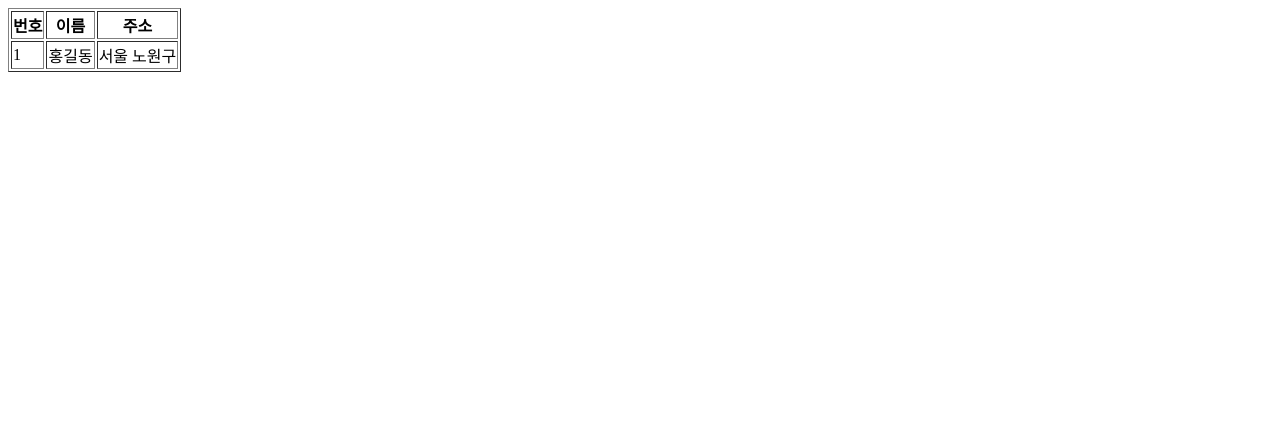
Repository: sungeunbyeol/Nowon-ezen-jsp
Page: test/WebContent/test08.html
The author's editor kept a copy of each file at every save. The page is drawn from the files as they stood at one save, then again after the next save.
The browser window is 1280 px wide. The pictures show the whole page.

Above is the page before, as saved 2021-11-02 03:03:02.

After the next save:
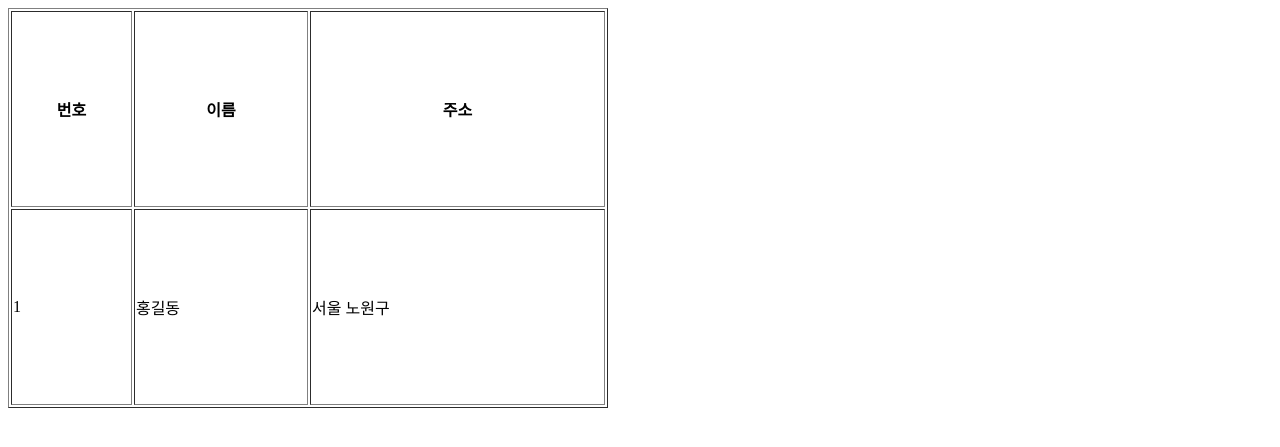
Saved 30 s later.
--- a/test/WebContent/test08.html
+++ b/test/WebContent/test08.html
@@ -6,13 +6,13 @@
 <title>표만들기</title>
 </head>
 <body>
-	<table border="1">
-		<tr  bordercolor="">
+	<table border="1"  width="600" height="400">
+		<tr>
 			<th>번호</th>
 			<th>이름</th>
 			<th>주소</th>
 		</tr>
-		<tr  bordercolor="">
+		<tr>
 			<td>1</td>
 			<td>홍길동</td>
 			<td>서울 노원구</td>
